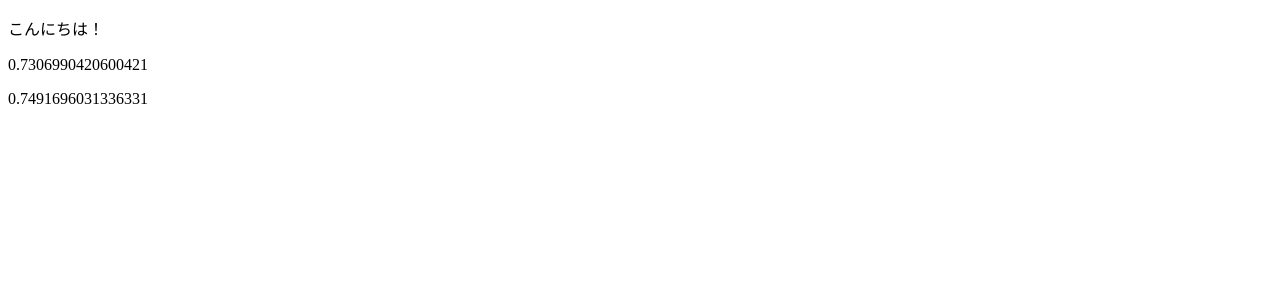
Repository: hoshikagi96/backup
Page: http://localhost/HelloJSP/
These files come from the project's save history. The page is drawn as it stood at one moment and after the next save; the edit follows.
The browser window is 1280 px wide. The pictures show the whole page.
The page is served by Tomcat 9.

Above is the page before, as saved 2018-01-16 01:47:28.

After the next save:
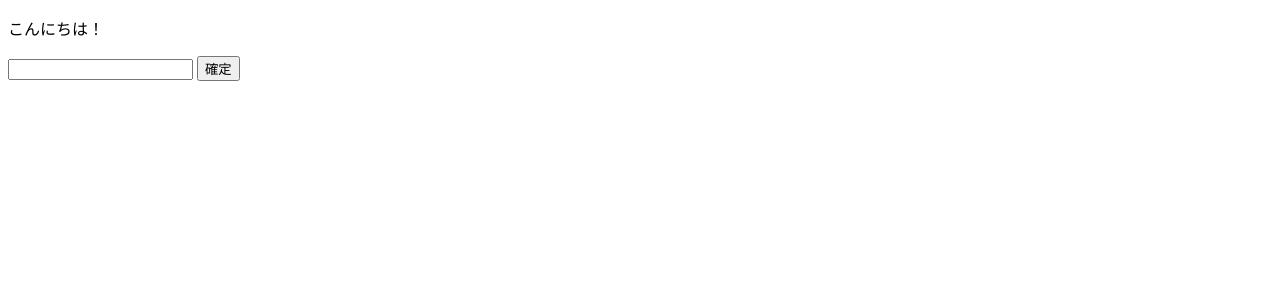
Saved 3 min 27 s later.
--- a/backup/workspace/HelloJSP/WebContent/index.jsp
+++ b/backup/workspace/HelloJSP/WebContent/index.jsp
@@ -8,8 +8,10 @@
 </head>
 <body>
   <p>こんにちは！</p>
-  <p><% out.println(Math.random()); %></p>
-  <p><%=Math.random() %></p>
+  <form method="post" action="greeting-out.jsp">
+  <input type="text" name="user">
+  <input type="submit" value="確定">
+  </form>
 
 </body>
 </html>
